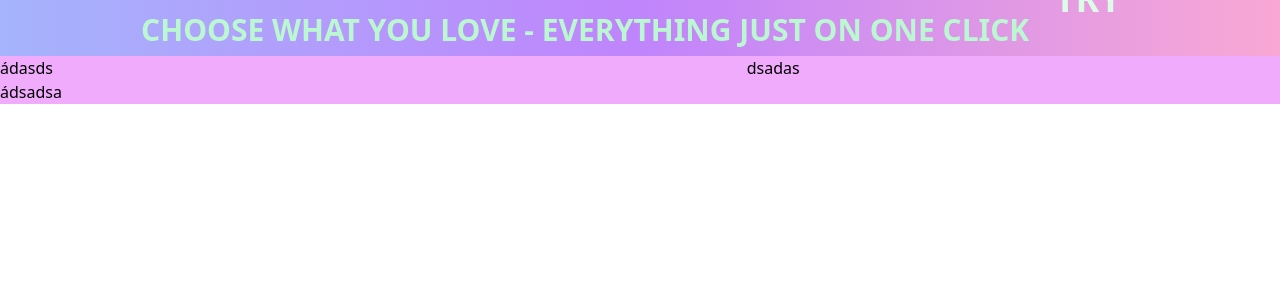
Repository: NguyenVietPhuQuy/ReactJs-TailWind-Redux-FunctionHook-ModelDesign
Page: / (app in modeldesign/)
An editor plug-in stored every save of this project. The page is shown before and after the next save, followed by the edit.
The browser window is 1280 px wide. The pictures show the whole page.
The project was rebuilt for these pictures with package versions that can differ from the ones it lists, and the page was loaded fresh each time. Also part of the build but not shown: modeldesign/src/App.css.

Above is the page before, as saved 2022-11-17 10:44:24.

After the next save:
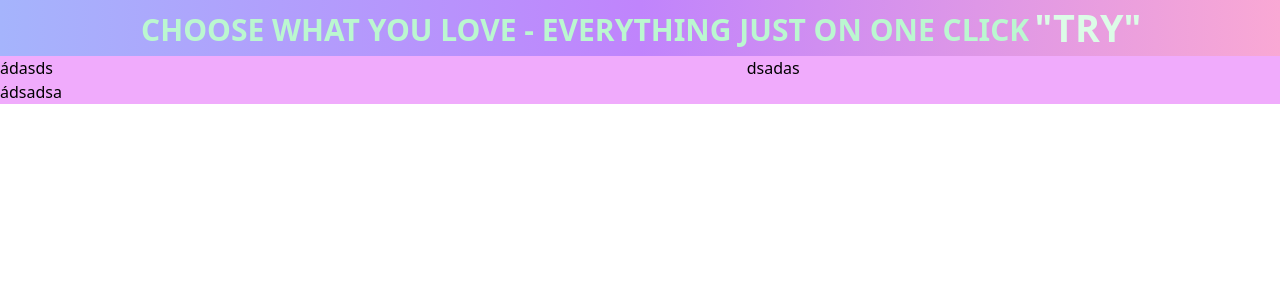
Saved 13 min 58 s later.
--- a/modeldesign/src/Components/Header.js
+++ b/modeldesign/src/Components/Header.js
@@ -3,7 +3,7 @@ import 'animate.css'
 function Header(){
     return (
         <div className="text-center text-3xl p-2 font-semibold text-green-200 ">
-            CHOOSE WHAT YOU LOVE - EVERYTHING JUST ON ONE CLICK <span className="text-green-100 font-bold text-4xl animate__animated animate__bounce animate__infinite inline-block">"TRY" </span>
+            CHOOSE WHAT YOU LOVE - EVERYTHING JUST ON ONE CLICK <span className="text-green-100 font-bold text-4xl animate__animated animate__pulse animate__infinite inline-block">"TRY" </span>
         </div>
     )
 }
